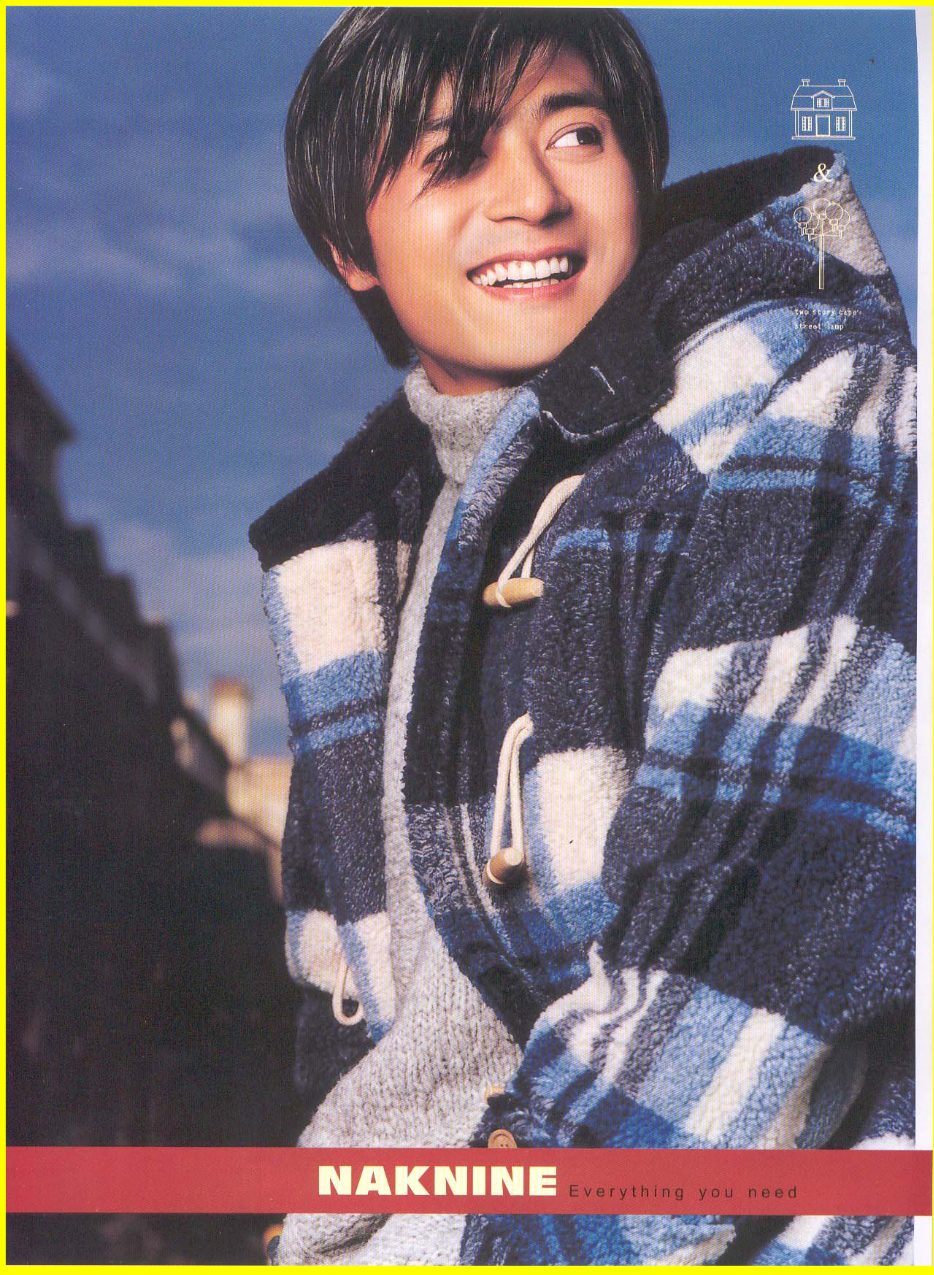
Repository: snowcuphea/webwork_class
Page: clientweb/WebContent/js_basic/js_date_exam.html
An editor plug-in stored every save of this project. The page is shown before and after the next save, followed by the edit.
The browser window is 1280 px wide. The pictures show the whole page, at 73% of full size.

Above is the page before, as saved 2020-01-08 01:26:29.

### clientweb/WebContent/js_basic/js_date_exam.html
<!DOCTYPE html>
<!-- 날짜시간과 관련된 자바스크립트 내장객체(Date) -->
<html>
<head>
<meta charset="EUC-KR">
<title>Insert title here</title>
</head>
<body>
	<script type = "text/javascript">
	today = new Date();

	day = today.getDay();

	document.bgColor = "yellow";

	myimg = "";
	switch(day){
	case 0:
		myimg = "jang1.jpg"
		break;
	case 1:
		myimg = "jang2.jpg"
		break;
	case 2:
		myimg = "jang3.jpg"
		break;
	case 3:
		myimg = "jang4.jpg"
		break;
	case 4:
		myimg = "jang5.jpg"
		break;
	case 5:
		myimg = "jang6.jpg"
		break;
	case 6:
		myimg = "jang7.jpg"
		break;


	}

	document.write("<img src='../images/"+myimg+"'/>");



	</script>

</body>
</html>

After the next save:
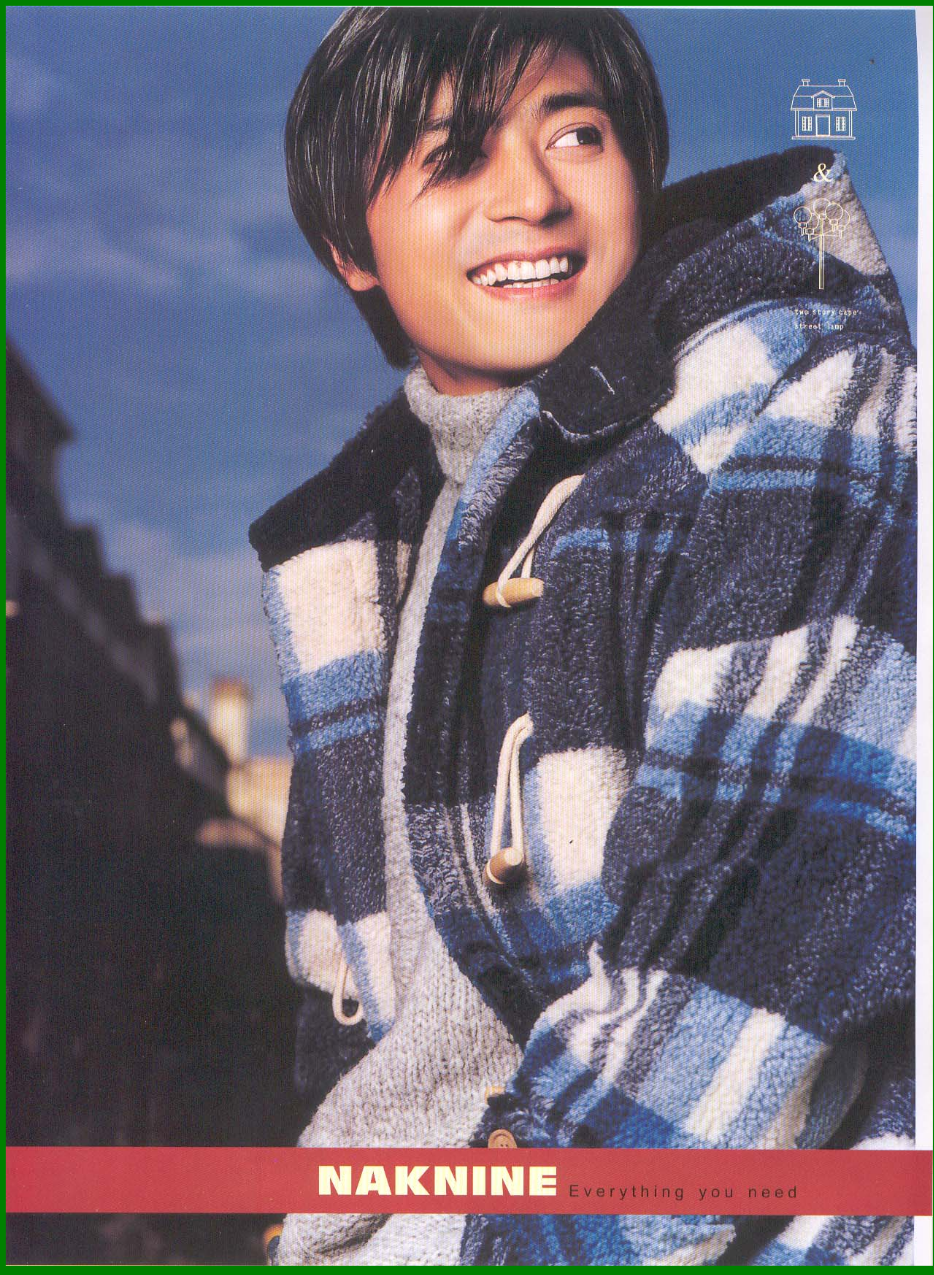
Saved 89 s later.
--- a/clientweb/WebContent/js_basic/js_date_exam.html
+++ b/clientweb/WebContent/js_basic/js_date_exam.html
@@ -10,7 +10,7 @@
 	today = new Date();
 
 	day = today.getDay();
-
+	hours = today.getHours();
 	document.bgColor = "yellow";
 
 	myimg = "";
@@ -39,7 +39,11 @@
 
 
 	}
-
+	if(hours < 12){
+		document.bgColor = "green";
+	}else{
+		document.bgColor = "red";
+	}
 	document.write("<img src='../images/"+myimg+"'/>");
 
 
